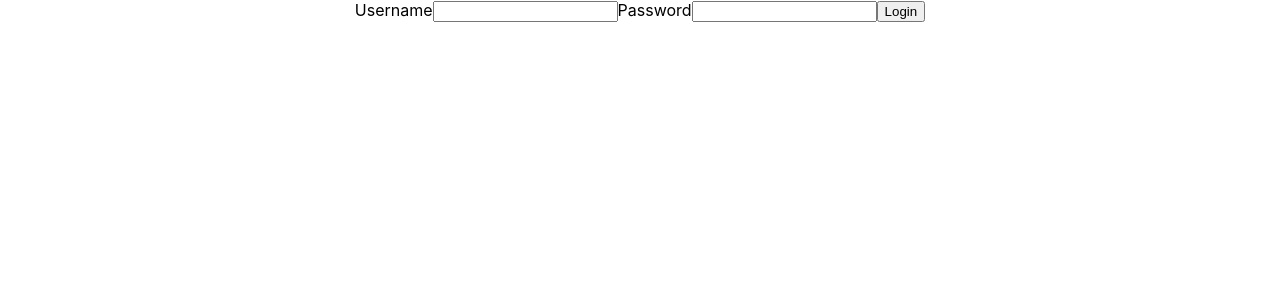
Repository: trider/rapid-react-tutorial
Page: / (app in react-task-tutorial-01/)
The author's editor kept a copy of each file at every save. The page is drawn from the files as they stood at one save, then again after the next save.
The browser window is 1280 px wide. The pictures show the whole page.
The project was rebuilt for these pictures with package versions that can differ from the ones it lists, and the page was loaded fresh each time. Also part of the build but not shown: react-task-tutorial-01/src/pages/Tasks.js.

Above is the page before, as saved 2024-07-14 10:32:56.

### react-task-tutorial-01/src/App.js

import './App.css';
import { BrowserRouter as Router, Routes, Route } from 'react-router-dom';
import Login from './pages/Login';
import Tasks from './pages/Tasks';

function App() {
  return (
    <div className="App">
      <Router baseline="/">
        <Routes>

          <Route index element={<Login />} />
          <Route exact path="/loogin" component={Login} />
          <Route path="/tasks" component={Tasks} />
        </Routes>

      </Router>



    </div>
  );
}

export default App;

### react-task-tutorial-01/src/pages/Login.js
const Login = () => {
  return (
    <div>
      <form>
        <label htmlFor="username">Username</label>
        <input type="text" id="username" name="username" />
        <label htmlFor="password">Password</label>
        <input type="password" id="password" name="password" />
        <button type="submit">Login</button>
      </form>
    </div>
  );
}

export default Login;

Loaded but not shown: react-task-tutorial-01/public/index.html (common file); react-task-tutorial-01/src/index.js (common file); react-task-tutorial-01/src/index.css (common file); react-task-tutorial-01/src/reportWebVitals.js (common file); react-task-tutorial-01/src/App.css (common file)

After the next save:
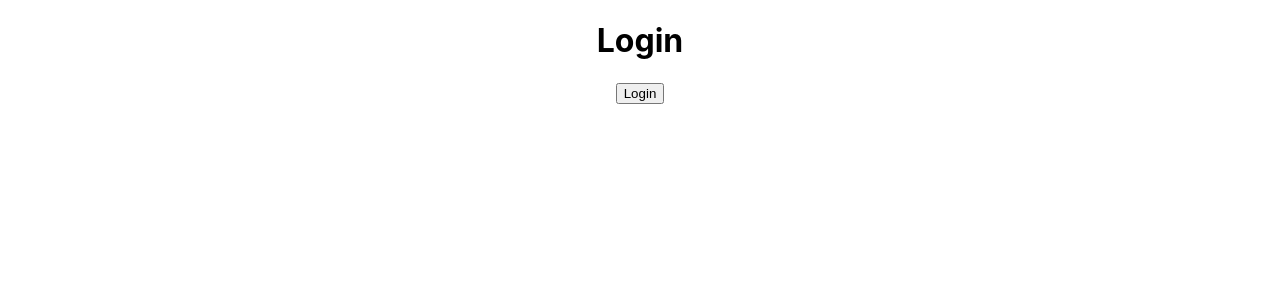
Saved 3 min 7 s later.
--- a/react-task-tutorial-01/src/pages/Login.js
+++ b/react-task-tutorial-01/src/pages/Login.js
@@ -1,14 +1,13 @@
+import { Navigate } from "react-router-dom";
+import { useState } from 'react';
+
 const Login = () => {
   return (
     <div>
-      <form>
-        <label htmlFor="username">Username</label>
-        <input type="text" id="username" name="username" />
-        <label htmlFor="password">Password</label>
-        <input type="password" id="password" name="password" />
-        <button type="submit">Login</button>
-      </form>
+      <h1>Login</h1>
+      <button>Login</button>
     </div>
+
   );
 }
 
